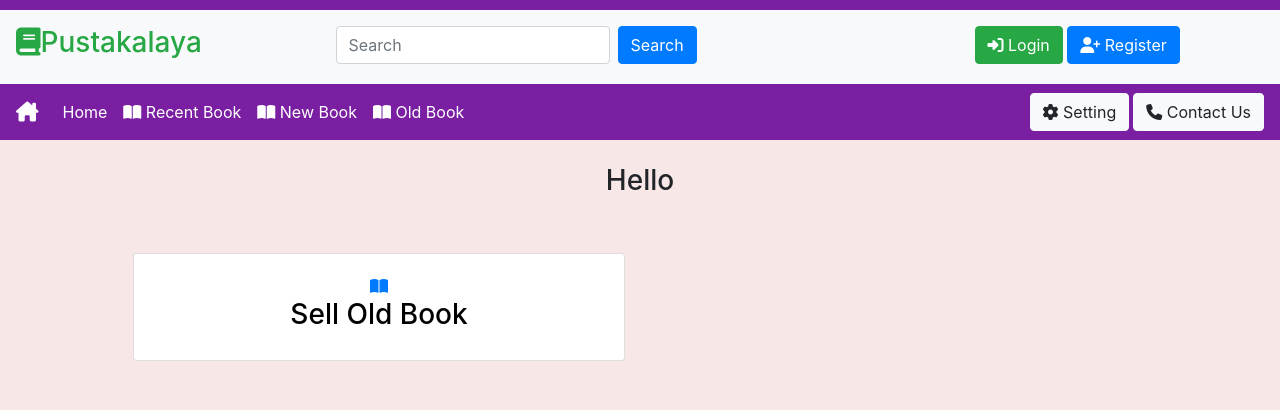
Repository: kalaprabhakar/Pustakalay_Web_Application
Page: http://localhost/E_Book_Management/setting.jsp
These files come from the project's save history. The page is drawn as it stood at one moment and after the next save; the edit follows.
The browser window is 1280 px wide. The pictures show the whole page.
Some web libraries are served in a nearby version. The page is served by Tomcat 10. Other server files are loaded and not shown.

Above is the page before, as saved 2024-02-28 13:39:50.

### E_Book_Management/src/main/webapp/setting.jsp
<%@ page language="java" contentType="text/html; charset=ISO-8859-1"
	pageEncoding="ISO-8859-1"%>
<!DOCTYPE html>
<html>
<head>
<meta charset="ISO-8859-1">
<title>Setting Page</title>
<%@ include file="all_component/allcss.jsp"%>

<style type="text/css">
a{

  text-decoration: none;
  color: black;

}

a:hover {
	text-decoration: none;
}

</style>
</head>
<body style="background-color: #f7e7e6">
	<%@ include file="all_component/navbar.jsp"%>
	<div class="container py-4 text-center">
		<h3>Hello ${userobj.name }</h3>
		<div class="row p-5">

			<div class="col-md-6">

				<a href="#">
					<div class="card">
						<div class="card-body text-center">
							<div class="text-primary"><i class="fa-solid fa-book-open"></i></div>
							<h3>Sell Old Book</h3>
						</div>
					</div>

				</a>


			</div>

		</div>

	</div>


</body>
</html>

### E_Book_Management/src/main/webapp/all_component/allcss.jsp
<link rel="stylesheet"
	href="https://cdn.jsdelivr.net/npm/bootstrap@4.0.0/dist/css/bootstrap.min.css"
	integrity="sha384-Gn5384xqQ1aoWXA+058RXPxPg6fy4IWvTNh0E263XmFcJlSAwiGgFAW/dAiS6JXm"
	crossorigin="anonymous">

<script src="https://code.jquery.com/jquery-3.2.1.slim.min.js"
	integrity="sha384-KJ3o2DKtIkvYIK3UENzmM7KCkRr/rE9/Qpg6aAZGJwFDMVNA/GpGFF93hXpG5KkN"
	crossorigin="anonymous"></script>
<script
	src="https://cdn.jsdelivr.net/npm/popper.js@1.12.9/dist/umd/popper.min.js"
	integrity="sha384-ApNbgh9B+Y1QKtv3Rn7W3mgPxhU9K/ScQsAP7hUibX39j7fakFPskvXusvfa0b4Q"
	crossorigin="anonymous"></script>
<script
	src="https://cdn.jsdelivr.net/npm/bootstrap@4.0.0/dist/js/bootstrap.min.js"
	integrity="sha384-JZR6Spejh4U02d8jOt6vLEHfe/JQGiRRSQQxSfFWpi1MquVdAyjUar5+76PVCmYl"
	crossorigin="anonymous"></script>
<link rel="stylesheet"
	href="https://cdnjs.cloudflare.com/ajax/libs/font-awesome/6.5.1/css/all.min.css"
	integrity="sha512-DTOQO9RWCH3ppGqcWaEA1BIZOC6xxalwEsw9c2QQeAIftl+Vegovlnee1c9QX4TctnWMn13TZye+giMm8e2LwA=="
	crossorigin="anonymous" referrerpolicy="no-referrer" />

	<link  rel="stylesheet" href="all_component/style.css"/>

### E_Book_Management/src/main/webapp/all_component/navbar.jsp
<%@ taglib prefix="c" uri="http://java.sun.com/jsp/jstl/core"%>
<%@ page isELIgnored="false" %>

<div class="container-fluid" style="height : 10px ; background-color:  #7B1FA2 "></div>

<div class="container-fluid p-3 bg-light">
 <div class="row">
     <div class="col-md-3 text-success">
        <h3 > <i class="fa-solid fa-book"></i>Pustakalaya</h3>
     </div>
    <div class="col-md-6">
       <form class="form-inline my-2 my-lg-0">
      <input class="form-control mr-sm-2" type="search" placeholder="Search" aria-label="Search">
      <button class="btn btn-primary my-2 my-sm-0" type="submit">Search</button>
    </form>

    </div>
    <c:if test="${not empty userobj }">
    <div class="col-md-3">

    <a href="checkout.jsp" class="btn btn-ligh"><i class="fa-solid fa-cart-shopping  "></i></a>

      <a href="" class="btn btn-success"><i class="fa-solid fa-user-plus"></i>${userobj.name }</a>
      <a href="logout" class="btn btn-primary"><i class="fa-solid fa-right-to-bracket"></i> Logout</a>

    </div>

    </c:if>

    <c:if test="${ empty userobj }">
    <div class="col-md-3">
      <a href="login.jsp" class="btn btn-success"><i class="fa-solid fa-right-to-bracket"></i> Login</a>
      <a href="register.jsp" class="btn btn-primary"><i class="fa-solid fa-user-plus"></i> Register</a>

    </div>

    </c:if>

 </div>


</div>

<nav class="navbar navbar-expand-lg navbar-dark bg-custom">
  <a class="navbar-brand" href="#"><i class="fa-solid fa-house-chimney"></i></a>
  <button class="navbar-toggler" type="button" data-toggle="collapse" data-target="#navbarSupportedContent" aria-controls="navbarSupportedContent" aria-expanded="false" aria-label="Toggle navigation">
    <span class="navbar-toggler-icon"></span>
  </button>

  <div class="collapse navbar-collapse" id="navbarSupportedContent">
    <ul class="navbar-nav mr-auto">
      <li class="nav-item active">
        <a class="nav-link" href="index.jsp">Home <span class="sr-only">(current)</span></a>
      </li>
      <li class="nav-item active">
        <a class="nav-link" href="all_recent_book.jsp"> <i class="fa-solid fa-book-open"></i> Recent Book</a>
      </li>
      <li class="nav-item active">
        <a class="nav-link" href="all_new_book.jsp"> <i class="fa-solid fa-book-open"></i> New Book</a>
      </li>

      </li>
      <li class="nav-item active">
        <a class="nav-link disabled" href="all_old_book.jsp"> <i class="fa-solid fa-book-open"></i> Old Book</a>
      </li>
    </ul>
    <form class="form-inline my-2 my-lg-0">
      <a href="setting.jsp" class="btn btn-light my-2 my-sm-0" type="submit"><i class="fa-solid fa-gear"></i> Setting</a>
      <button class="btn btn-light my-2 my-sm-0 ml-1" type="submit"><i class="fa-solid fa-phone"></i> Contact Us</button>
    </form>
  </div>
</nav>

### E_Book_Management/src/main/webapp/all_component/style.css
.bg-custom {
	background-color : #7B1FA2 ;
}

.navbar .nav-item:hover .nav-link{

	background-color: white;
	color : black;
	border-radius : 20px ;
}

After the next save:
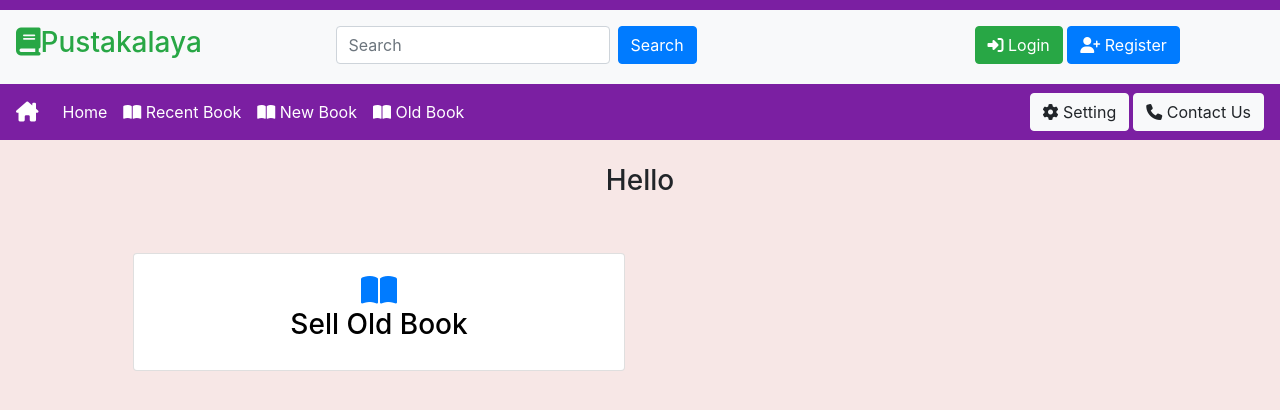
Saved 12 s later.
--- a/E_Book_Management/src/main/webapp/setting.jsp
+++ b/E_Book_Management/src/main/webapp/setting.jsp
@@ -32,7 +32,7 @@ a:hover {
 				<a href="#">
 					<div class="card">
 						<div class="card-body text-center">
-							<div class="text-primary"><i class="fa-solid fa-book-open"></i></div>
+							<div class="text-primary"><i class="fa-solid fa-book-open fa-2x"></i></div>
 							<h3>Sell Old Book</h3>
 						</div>
 					</div>
